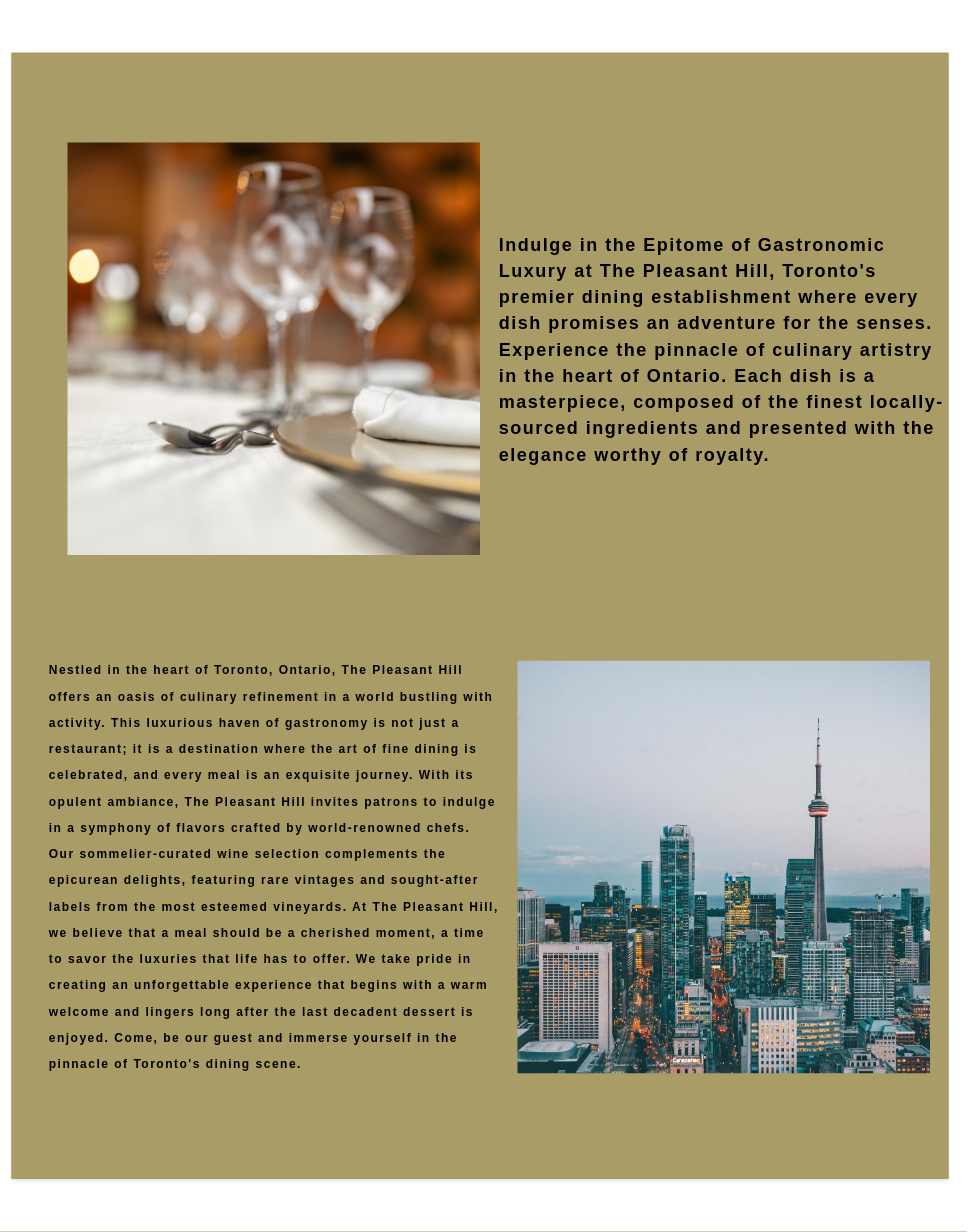
Repository: shayanabedi98/pleasant-hill-restaurant
Page: /
These files come from the project's save history. The page is drawn as it stood at one moment and after the next save; the edit follows.
The browser window is 1280 px wide. The page is 1290 px wide, so the pictures cover 1290 px, including what lies to the right of the window. The pictures show the part of the page from y = 980 to 2622 px (the page is 2622 px tall), at 75% of full size.
Backgrounds fixed to the window are drawn as part of the page. Some web fonts or font styles are not loaded; a fallback is used. The project was rebuilt for these pictures with package versions that can differ from the ones it lists, and the page was loaded fresh each time. Also part of the build but not shown: vite.config.js, src/components/Contact.jsx, src/components/MenuList.jsx, src/components/Appetizers.jsx, src/components/Entrees.jsx, src/components/Desserts.jsx, src/components/Drinks.jsx, src/components/Menu.jsx and 1 more.

Above is the page before, as saved 2023-12-27 19:04:00.

After the next save:
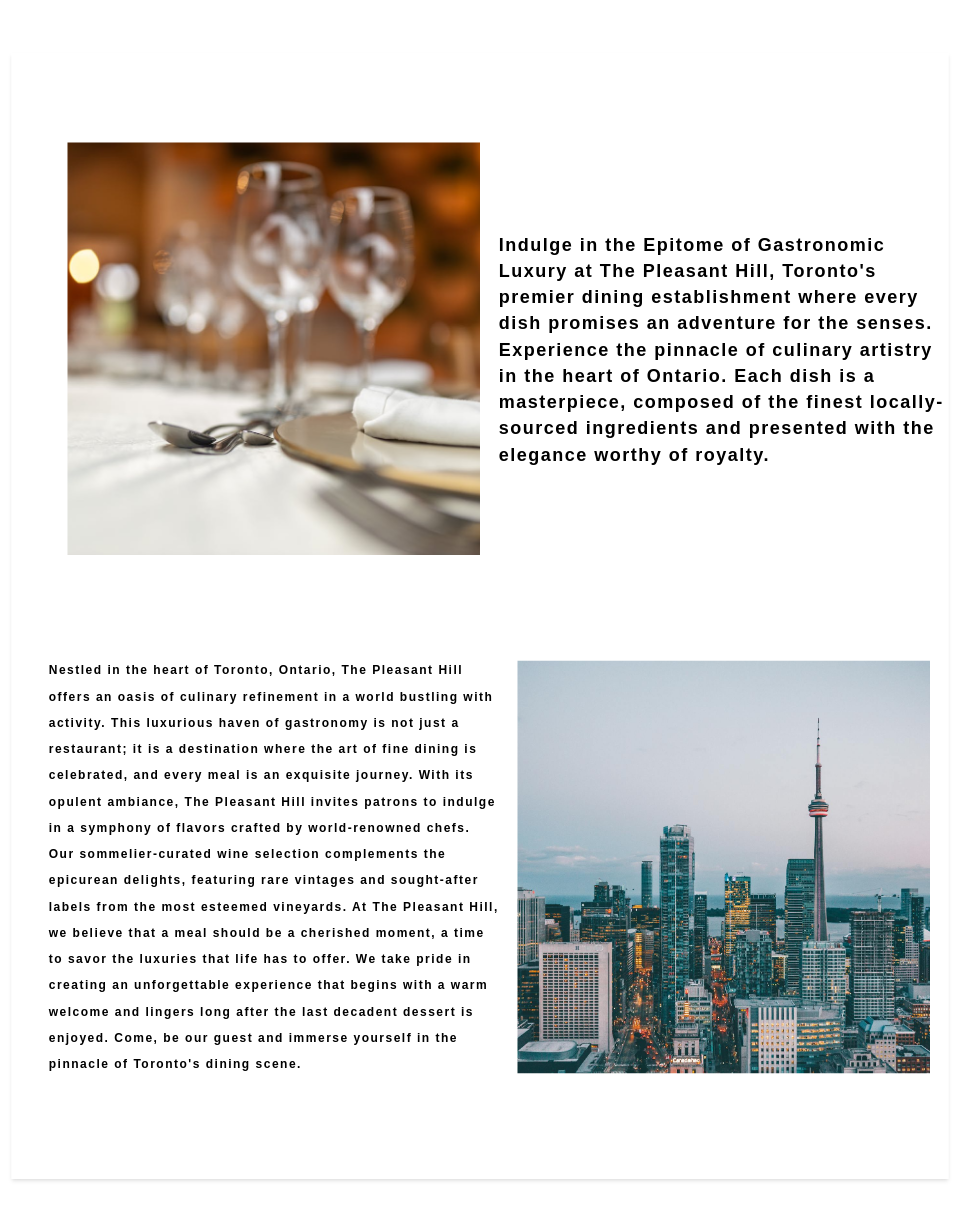
Saved 44 s later.
--- a/src/App.css
+++ b/src/App.css
@@ -91,7 +91,7 @@ body {
   margin: 70px auto;
   padding: 25px;
   text-align: start;
-  background-color: #aa9c66;
+  background-color: #ffffff;
 }
 
 .about1, .about2 {
